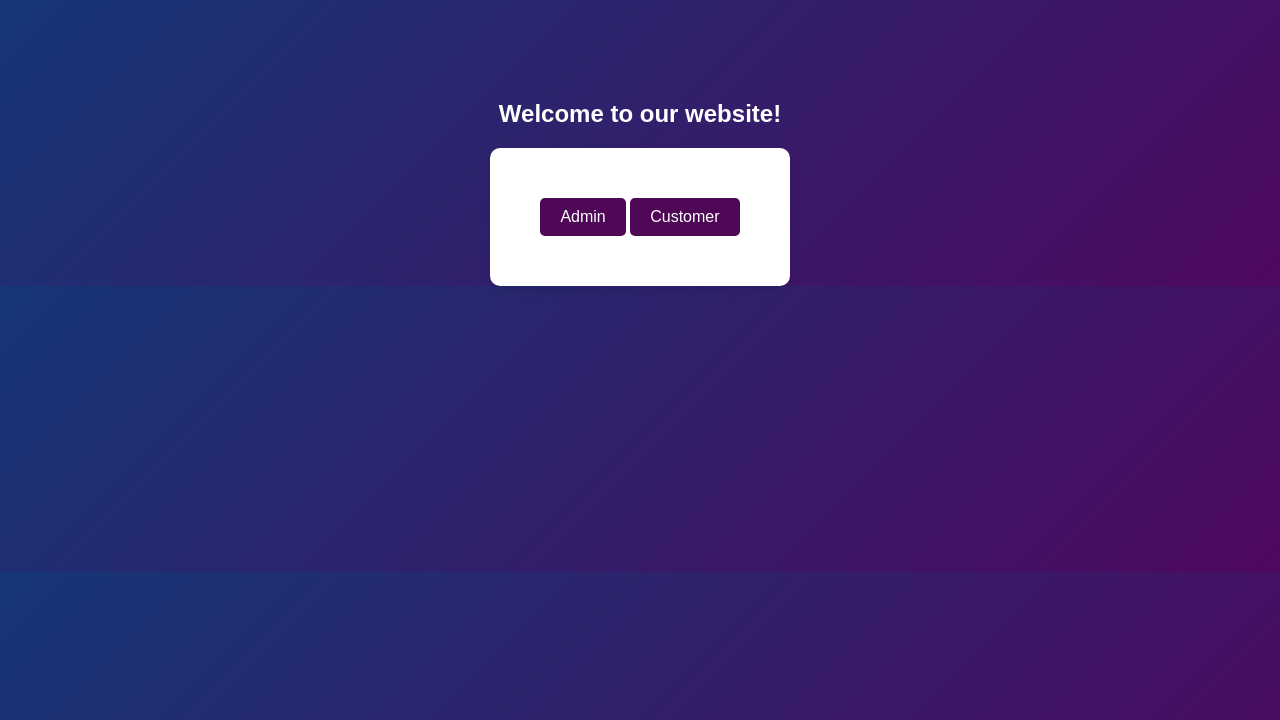
Repository: gauravraj08/bankingSystemJspServlet
Page: http://localhost/BankMangementSystem/
The author's editor kept a copy of each file at every save. The page is drawn from the files as they stood at one save, then again after the next save.
The browser window is 1280 px wide. The pictures show the whole page.
The page is served by Tomcat 9.

Above is the page before, as saved 2024-04-20 20:55:41.

After the next save:
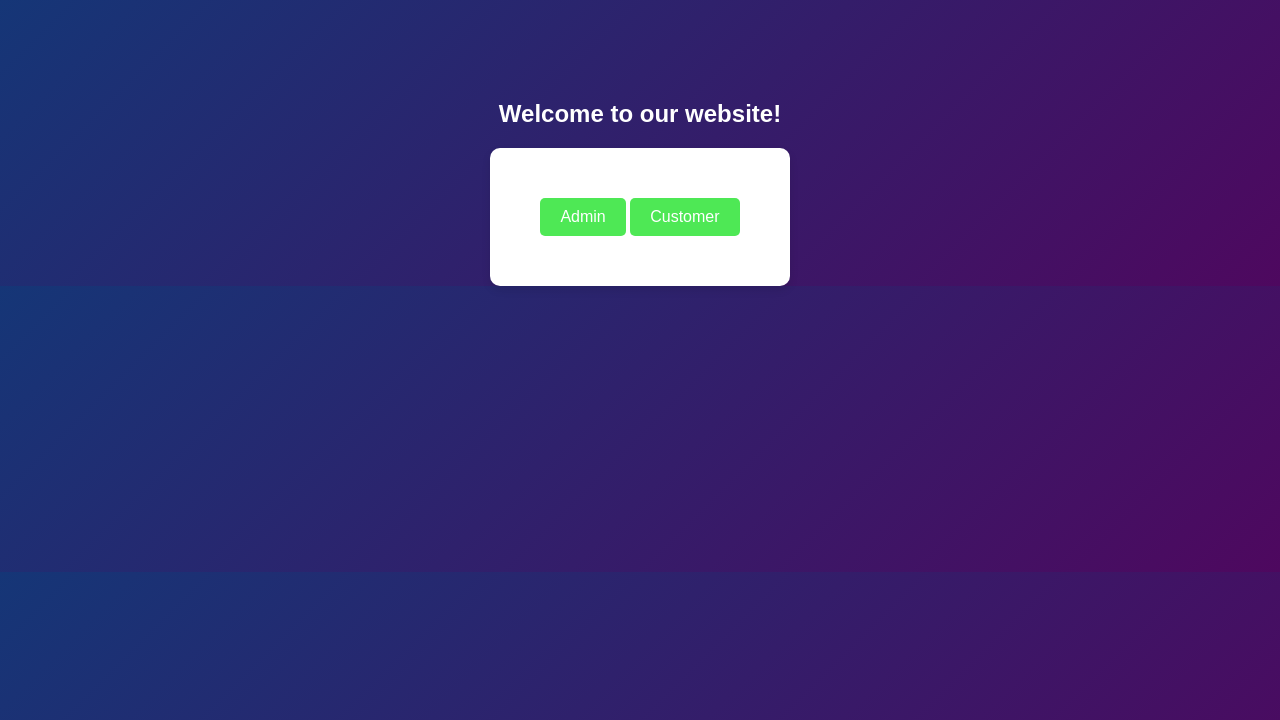
Saved 9 s later.
--- a/BankMangementSystem/src/main/webapp/index.jsp
+++ b/BankMangementSystem/src/main/webapp/index.jsp
@@ -43,7 +43,7 @@ button {
     cursor: pointer;
     border: none;
     border-radius: 5px;
-    background-color: #4e0855;
+    background-color: #4ee855;
     color: #fff;
     transition: background-color 0.3s;
     justify-content:space-between;
